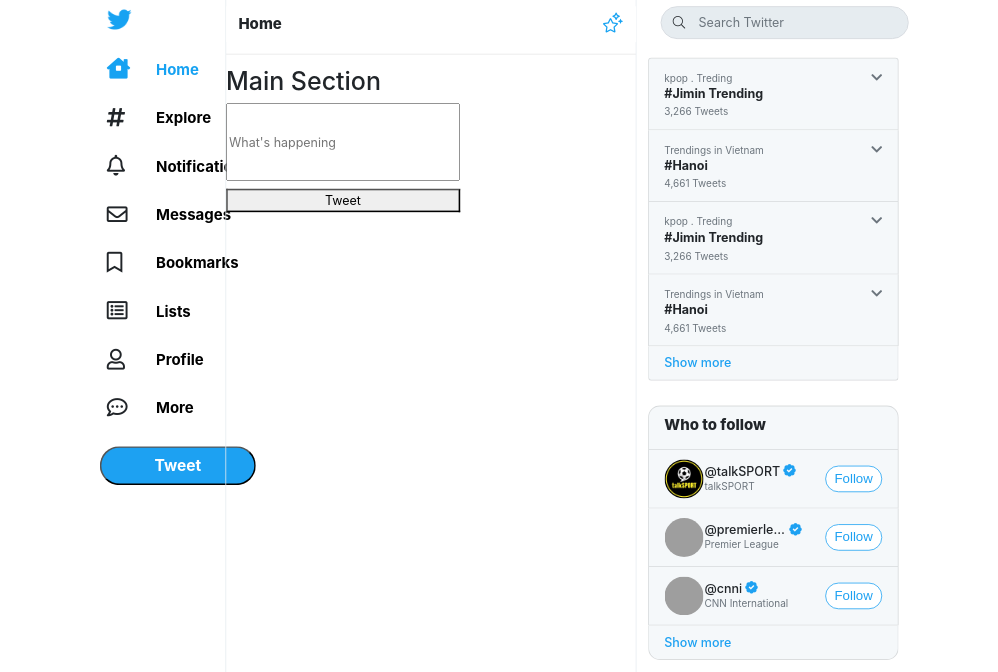
Repository: tts2610/Twitter-clone
Page: index.html
These files come from the project's save history. The page is drawn as it stood at one moment and after the next save; the edit follows.
The browser window is 1280 px wide. The pictures show the whole page, at 78% of full size.
Pictures or frames that could not be fetched are drawn as grey boxes.

Above is the page before, as saved 2020-05-23 15:05:13.

After the next save:
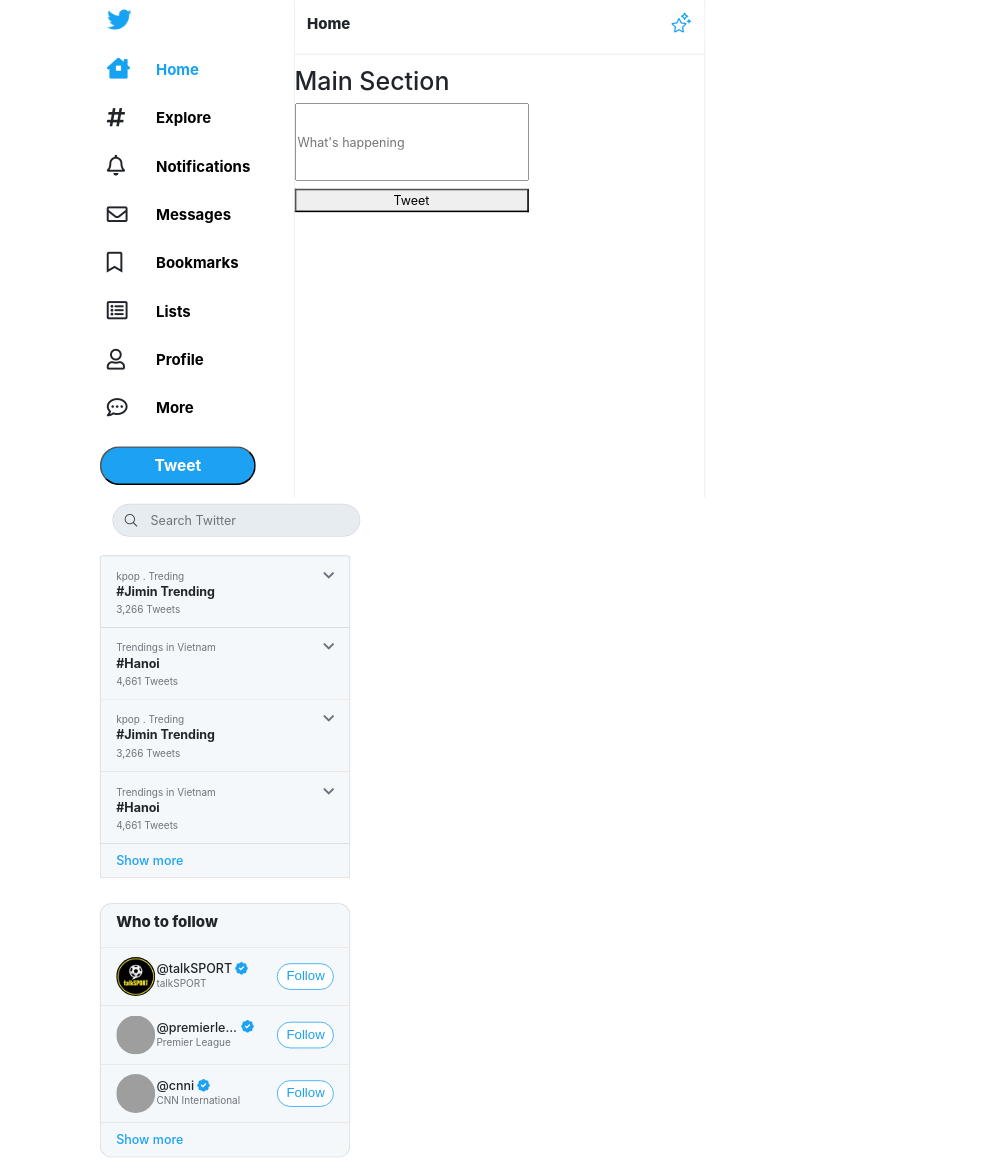
Saved 23 s later.
--- a/index.html
+++ b/index.html
@@ -27,7 +27,7 @@
 <body>
     <div class="container">
         <div class="row">
-            <div class="col-2">
+            <div class="col-3">
                 <div class="row">
                     <div class="col"><img src="/img/twt-logo1.png" alt="twitter-logo" width="50" height="50"></div>
                 </div>
